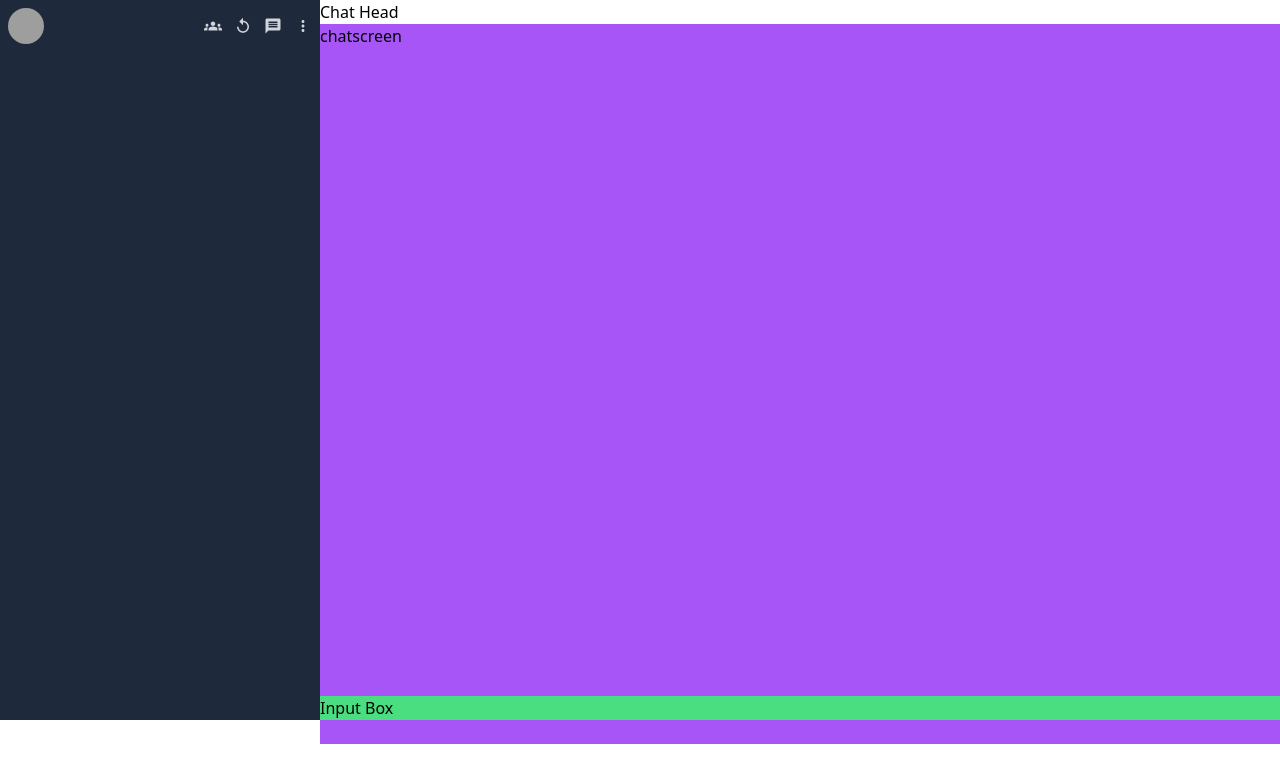
Repository: theanmol-raj/whatsapp
Page: /
An editor plug-in stored every save of this project. The page is shown before and after the next save, followed by the edit.
The browser window is 1280 px wide. The pictures show the whole page.
Pictures or frames that could not be fetched are drawn as grey boxes. The project was rebuilt for these pictures with package versions that can differ from the ones it lists, and the page was loaded fresh each time.

Above is the page before, as saved 2022-12-03 21:47:21.

After the next save:
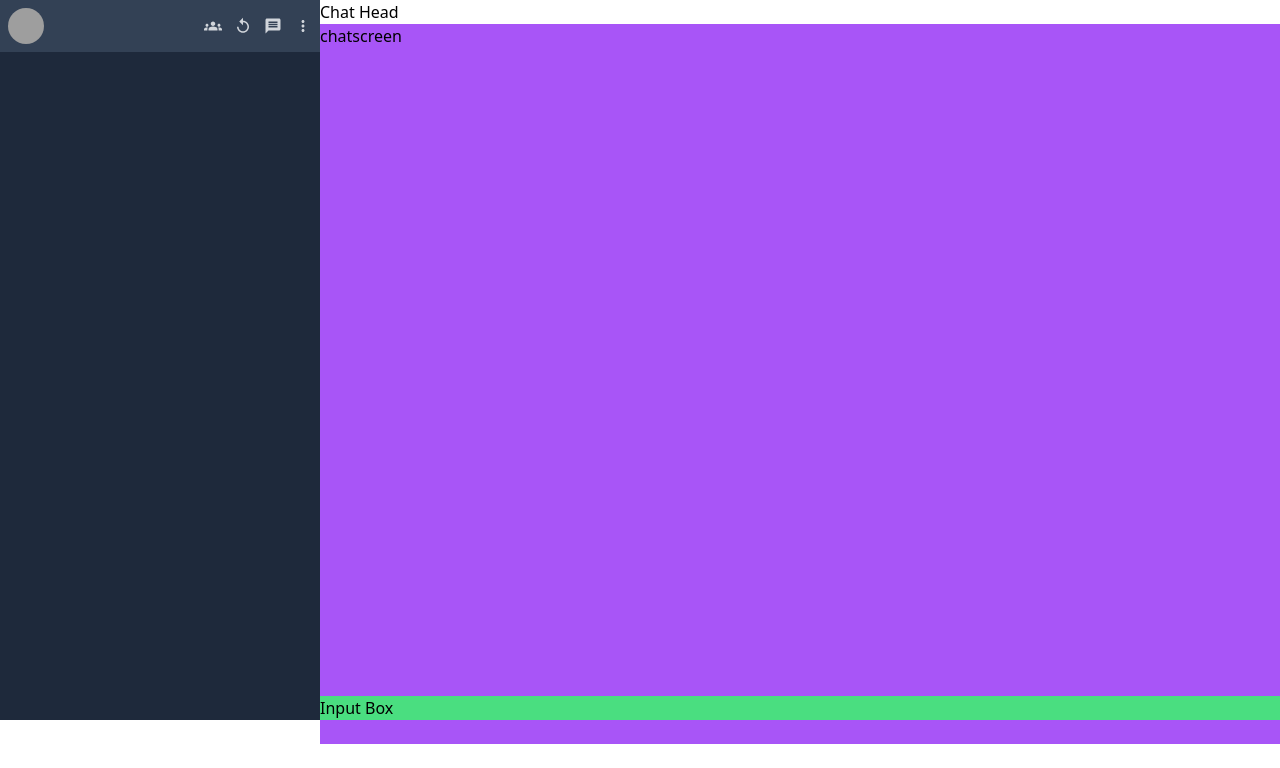
Saved 10 s later.
--- a/src/Components/ContactList.jsx
+++ b/src/Components/ContactList.jsx
@@ -7,7 +7,7 @@ import MoreVertIcon from '@mui/icons-material/MoreVert';
 function ContactList() {
   return (
     <div className=' bg-slate-800'>
-      <div className=' flex justify-between items-center p-2'>
+      <div className=' flex justify-between items-center p-2 bg-slate-700'>
         <img className=' rounded-full h-9 w-9' alt='' src="https://pps.whatsapp.net/v/t61.24694-24/158723607_419193396439292_5955373819812020282_n.jpg?stp=dst-jpg_s96x96&ccb=11-4&oh=01_AdRKjHR9ktMhs2HrAksQulr5trvWOTtpB53hlyDh0ZECbw&oe=63986EC2" />
         <div className=' flex text-gray-300 text-lg space-x-3'>
           <GroupsIcon fontSize='inherit' />
